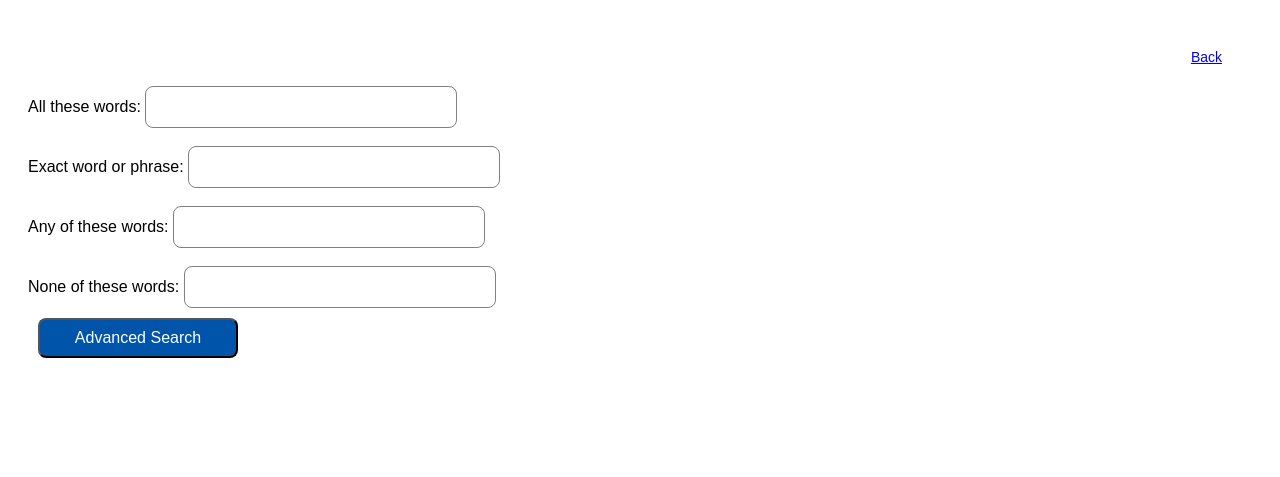
Repository: lyutok/cs50-search-project
Page: advanced.html
An editor plug-in stored every save of this project. The page is shown before and after the next save, followed by the edit.
The browser window is 1280 px wide. The pictures show the whole page.
The style sheet was rebuilt from its Sass, Less or Tailwind sources for each picture, by a compiler version that may differ from the author's.

Above is the page before, as saved 2025-07-07 12:34:26.

After the next save:
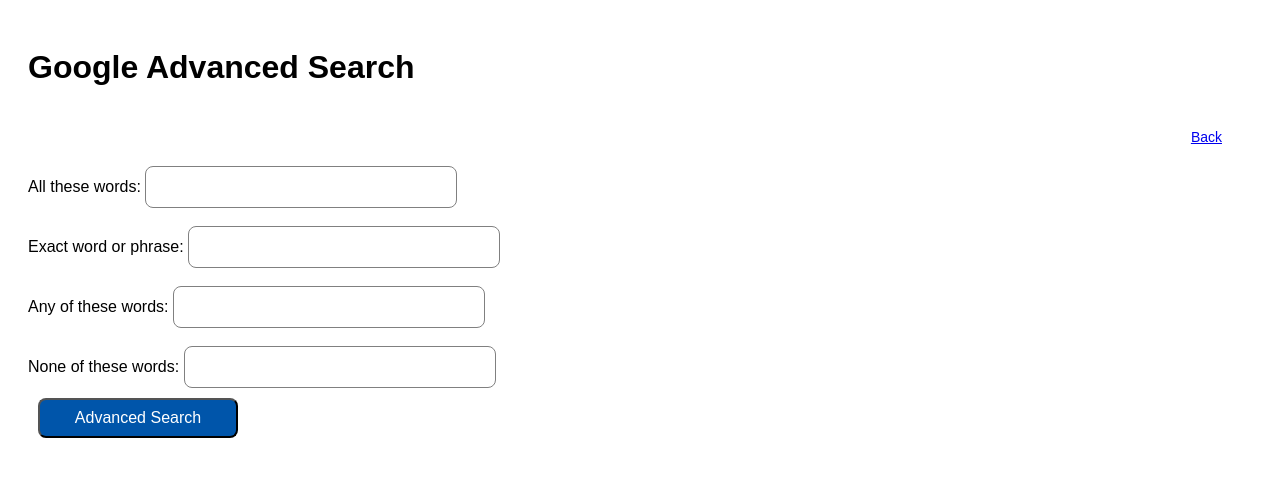
Saved 70 min 51 s later.
--- a/advanced.html
+++ b/advanced.html
@@ -6,6 +6,7 @@
     <link rel="stylesheet" href="styles.css">
     </head>
 <body id="advanced_page">
+    <h1>Google Advanced Search</h1>
     <div>
         <a href="google.html">Back</a>
     </div>
